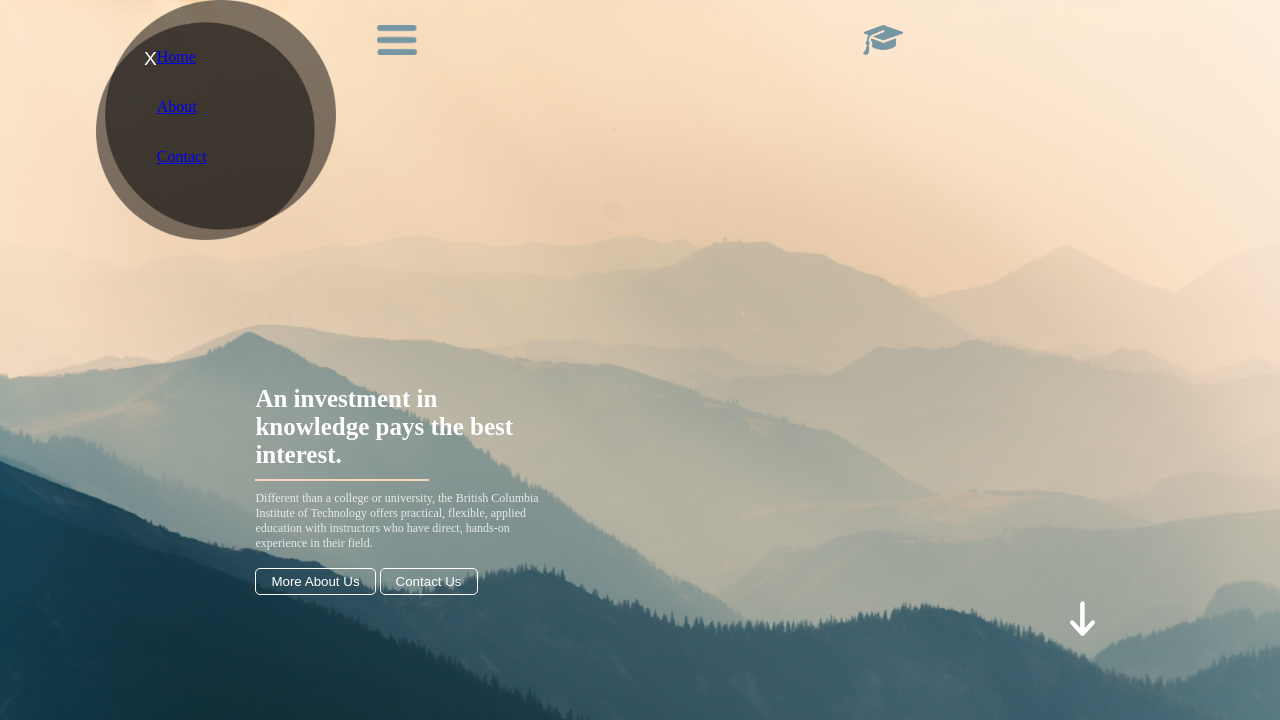
Repository: Sheraliramzan/Aly_A01253508_Assignment1
Page: /
An editor plug-in stored every save of this project. The page is shown before and after the next save, followed by the edit.
The browser window is 1280 px wide. The pictures show the whole page.
The project was rebuilt for these pictures with package versions that can differ from the ones it lists, and the page was loaded fresh each time. The framework's server and built-in components were replaced by stand-ins that run in the browser. Also part of the build but not shown: next.config.js.

Above is the page before, as saved 2023-02-04 17:47:13.

After the next save:
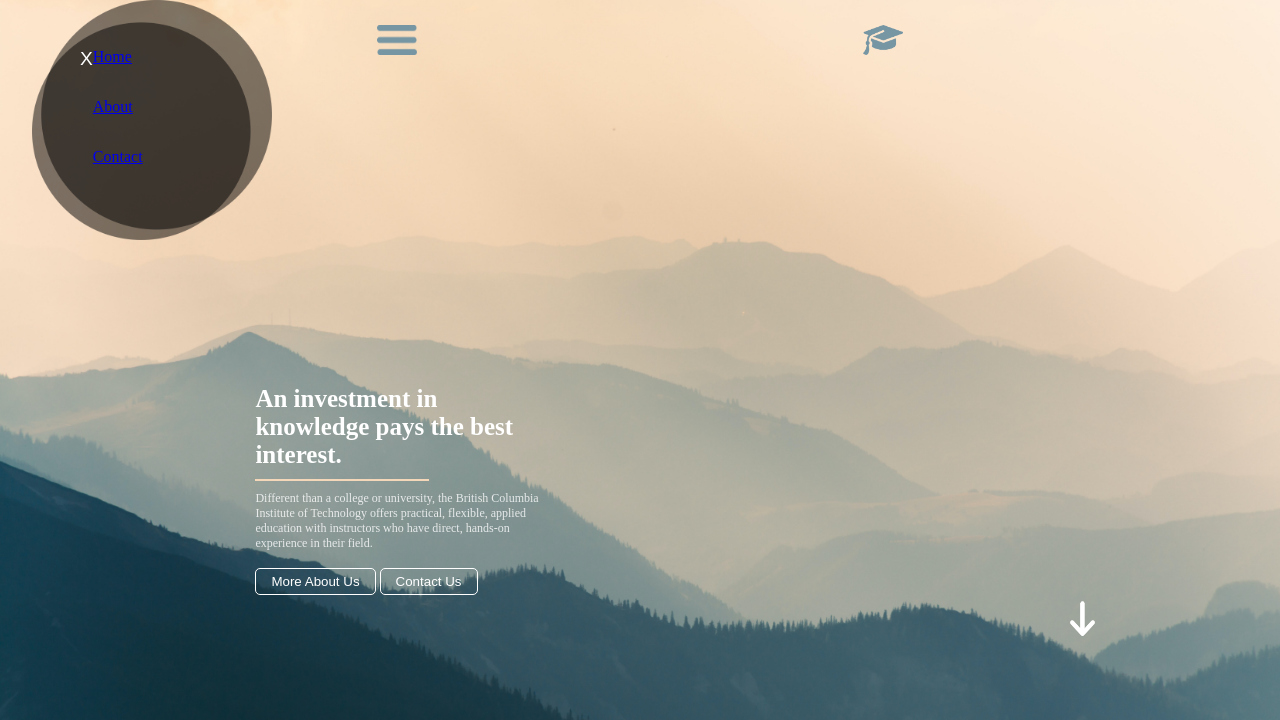
Saved 5 s later.
--- a/styles/globals.css
+++ b/styles/globals.css
@@ -25,7 +25,7 @@ body {
 .menucont{
   position: absolute;
   top: 0rem;
-  left: 6rem;
+  left: 2rem;
 }
 
 ul {
